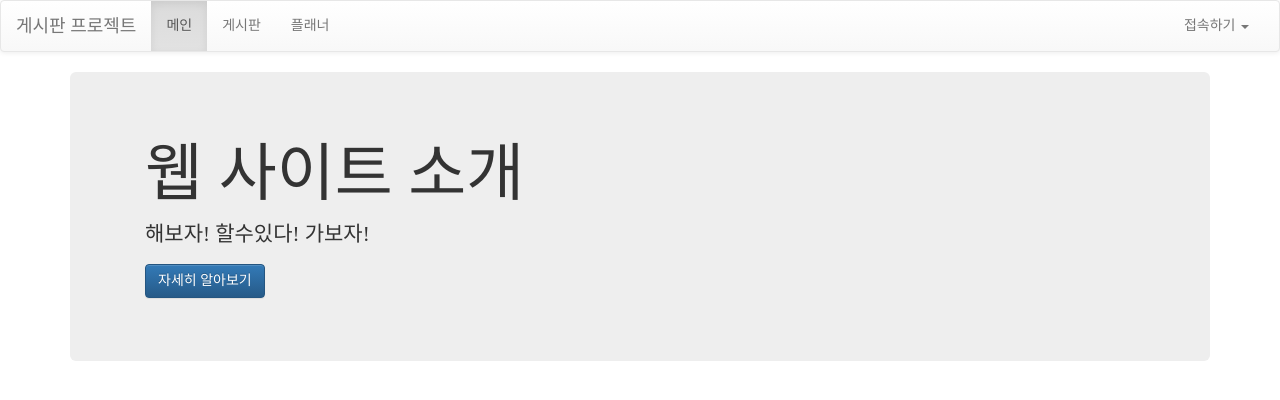
Repository: Seok7975/Project_PlannerSharingBoard
Page: http://localhost/ToDoList공유_게시판_ver3/main.jsp
The author's editor kept a copy of each file at every save. The page is drawn from the files as they stood at one save, then again after the next save.
The browser window is 1280 px wide. The pictures show the whole page.
Some web fonts or font styles are not loaded; a fallback is used. Some web libraries are served in a nearby version. The page is served by Tomcat 9.

Above is the page before, as saved 2024-06-26 08:04:06.

After the next save:
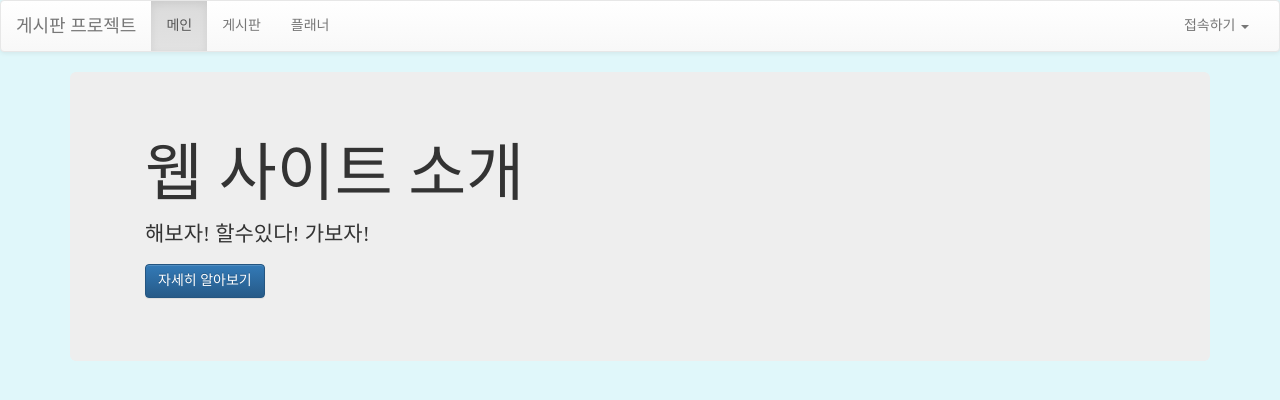
Saved 7 min 0 s later.
--- a/List_Projects_ver3/ToDoList공유 게시판_ver3/src/main/webapp/main.jsp
+++ b/List_Projects_ver3/ToDoList공유 게시판_ver3/src/main/webapp/main.jsp
@@ -87,6 +87,7 @@
     <title>JSP 게시판 웹 사이트</title>
     <link rel="stylesheet" href="https://cdn.jsdelivr.net/npm/bootstrap@3.3.7/dist/css/bootstrap.min.css" integrity="sha384-BVYiiSIFeK1dGmJRAkycuHAHRg32OmUcww7on3RYdg4Va+PmSTsz/K68vbdEjh4u" crossorigin="anonymous">
     <link rel="stylesheet" href="https://cdn.jsdelivr.net/npm/bootstrap@3.3.7/dist/css/bootstrap-theme.min.css" integrity="sha384-rHyoN1iRsVXV4nD0JutlnGaslCJuC7uwjduW9SVrLvRYooPp2bWYgmgJQIXwl/Sp" crossorigin="anonymous">
+    <link rel="stylesheet" href="css/bbsStyle.css"> <!-- 외부 CSS 파일 참조 -->
     <script src="https://code.jquery.com/jquery-3.1.1.min.js"></script>
     <script src="https://cdn.jsdelivr.net/npm/bootstrap@3.3.7/dist/js/bootstrap.min.js" integrity="sha384-Tc5IQib027qvyjSMfHjOMaLkfuWVxZxUPnCJA7l2mCWNIpG9mGCD8wGNIcPD7Txa" crossorigin="anonymous"></script>
     <link rel="stylesheet" href="css/jumbotronCustom.css">
